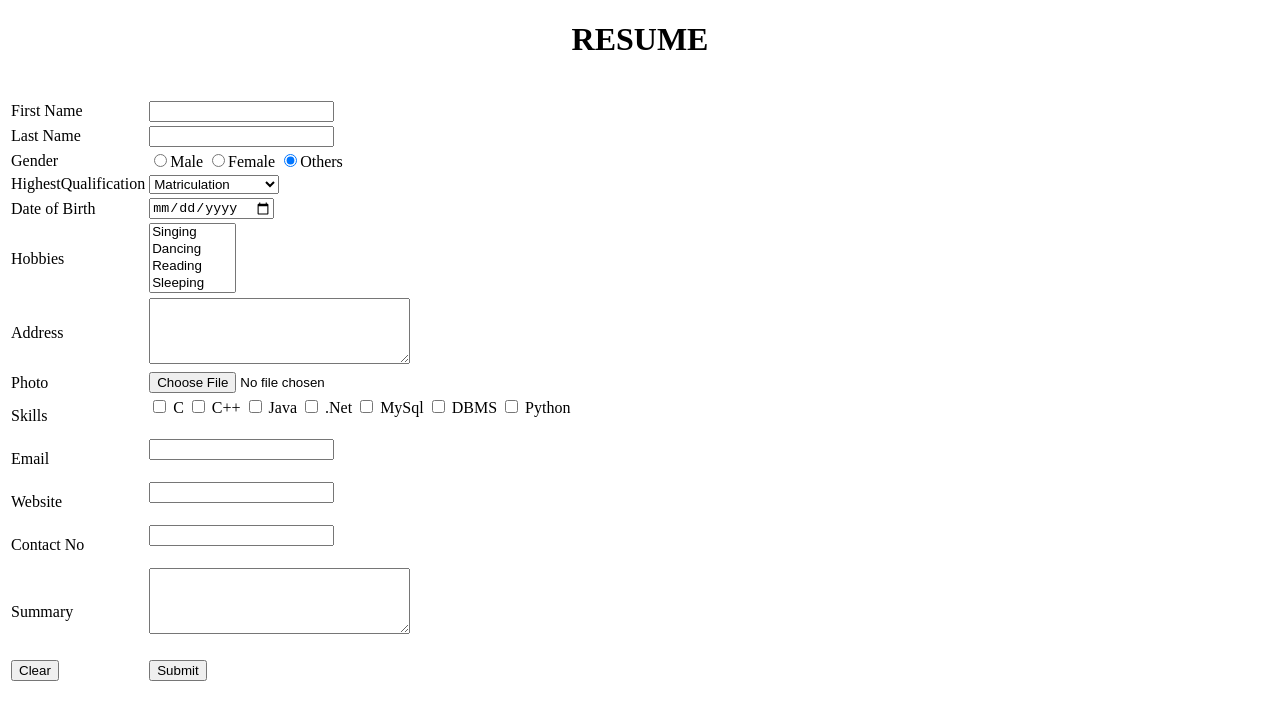
Repository: Rccalfa123/JEE
Page: MyFirstServlet/WebContent/Resume.html
The author's editor kept a copy of each file at every save. The page is drawn from the files as they stood at one save, then again after the next save.
The browser window is 1280 px wide. The pictures show the whole page.

Above is the page before, as saved 2018-08-07 13:40:38.

### MyFirstServlet/WebContent/Resume.html
<!DOCTYPE html>
<html>
<head>
<meta charset="ISO-8859-1">
<title>Resume</title>
</head>
<body>
   <form action="MyServlet" method="get">
   <h1 align="center"> RESUME </h1><br>
  <table >
   <tr><td>First Name </td><td><input type="text" name="fname"></td></tr>

   <tr><td>Last Name</td> <td> <input type="text" name="lname"></td></tr>

   <tr><td>Gender</td> <td><input type="radio" name = "gender" value="male" checked="checked">Male
   		  <input type="radio" name = "gender" value="female" checked="checked">Female
   		  <input type="radio" name = "gender" value="others" checked="checked">Others</td></tr>

   <tr><td>HighestQualification</td> <td><select name = "qualification">
            <option value="matriculation">Matriculation</option>
            <option value="intermediate">Intermediate</option>
            <option value="bachaolor_degree">Bachaelor Degree</option>
            <option value="masters">Masters</option>
   			</select></td></tr>

   <tr><td>Date of Birth</td><td> <input type="date" name="dob"></td></tr>

   <tr><td>Hobbies</td> <td><select multiple  name = "hobbies">
            <option value="singing">Singing</option>
            <option value="dancing">Dancing</option>
            <option value="reading">Reading</option>
            <option value="sleeping">Sleeping</option>
            <option value="eating">Eating</option>
            <option value="video_games">Video Games</option>
   			</select></td></tr>

   <tr><td>Address</td><td> <textarea name="address"   rows="4" cols="30"></textarea></td></tr>

   <tr><td>Photo</td><td><input type="file"  name="photo"></td></tr>


   <tr><td>Skills </td>   <td><input type="checkbox" name="skills" value="c"> C
   			 <input type="checkbox" name="skills" value="c++"> C++
   			 <input type="checkbox" name="skills" value="java"> Java
  			 <input type="checkbox" name="skills" value=".net"> .Net
  			 <input type="checkbox" name="skills" value="mysql"> MySql
   			 <input type="checkbox" name="skills" value="dbms"> DBMS
   			 <input type="checkbox" name="skills" value="python"> Python<br><br></td></tr>

  <tr><td>Email</td> <td>   <input type="email"  name="email"> <br><br></td></tr>

  <tr><td>Website</td> <td> <input type="url" name="website"><br><br></td></tr>

  <tr><td>Contact No</td> <td><input type="text" name="contact_no"> <br><br></td></tr>

  <tr><td>Summary </td><td> <textarea name="summary"   rows="4" cols="30"></textarea><br><br></td></tr>

  <tr> <td><input type="reset" value="Clear"></td><td> <input type="submit" value="Submit"> </td></tr>
  </table>
 </form>


</body>
</html>

After the next save:
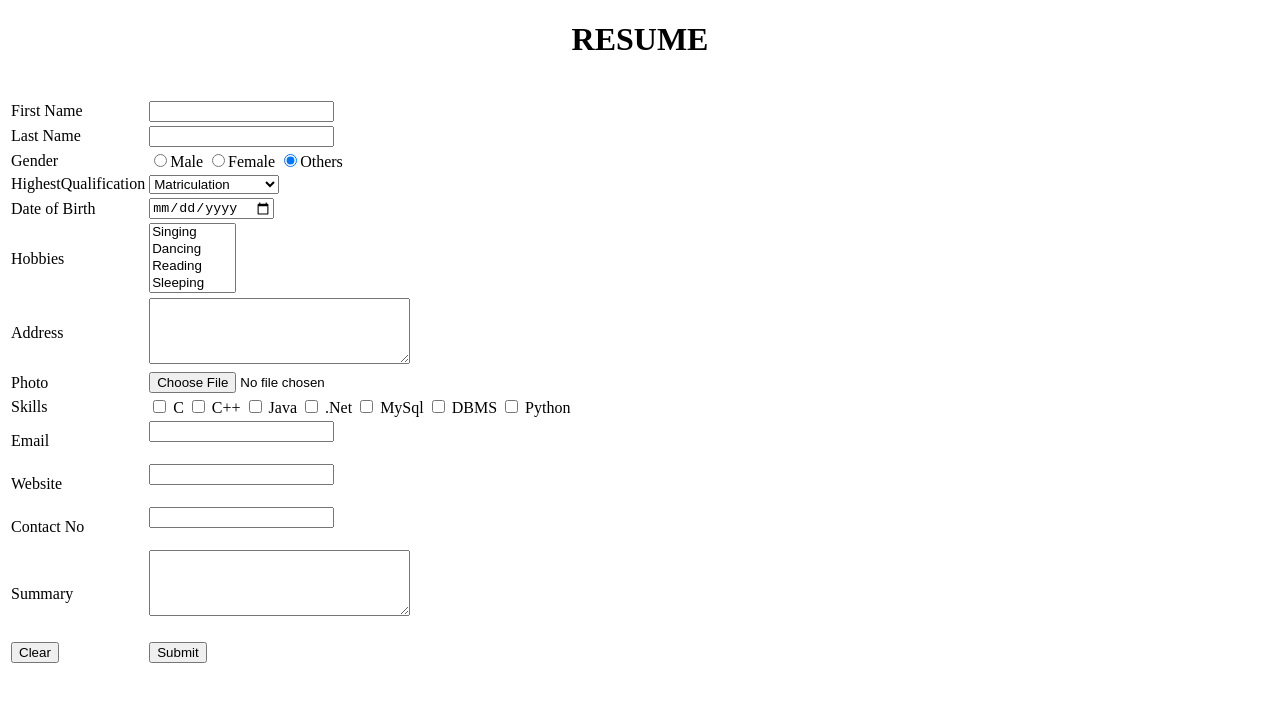
Saved 9 s later.
--- a/MyFirstServlet/WebContent/Resume.html
+++ b/MyFirstServlet/WebContent/Resume.html
@@ -45,7 +45,7 @@
   			 <input type="checkbox" name="skills" value=".net"> .Net
   			 <input type="checkbox" name="skills" value="mysql"> MySql
    			 <input type="checkbox" name="skills" value="dbms"> DBMS
-   			 <input type="checkbox" name="skills" value="python"> Python<br><br></td></tr>
+   			 <input type="checkbox" name="skills" value="python"> Python</td></tr>
 
   <tr><td>Email</td> <td>   <input type="email"  name="email"> <br><br></td></tr>
 
